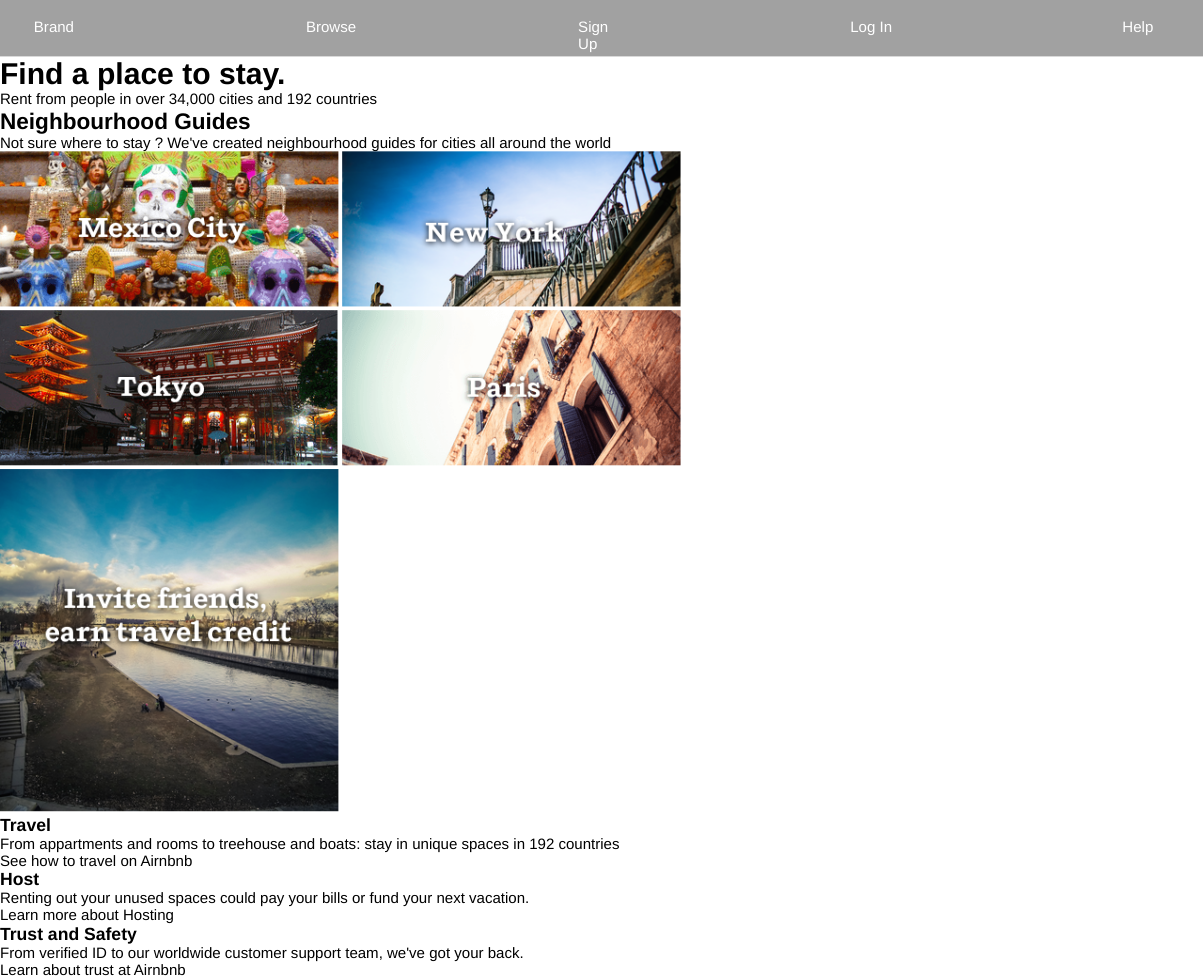
Repository: Naohonproject/web101x02-asm3
Page: Project3.html
The author's editor kept a copy of each file at every save. The page is drawn from the files as they stood at one save, then again after the next save.
The browser window is 1280 px wide. The pictures show the whole page, at 94% of full size.

Above is the page before, as saved 2022-01-21 23:16:13.

### Project3.html
<!-- @format -->

<!DOCTYPE html>
<html lang="en">
	<head>
		<meta charset="UTF-8" />
		<meta http-equiv="X-UA-Compatible" content="IE=edge" />
		<meta name="viewport" content="width=device-width, initial-scale=1.0" />
		<link rel="stylesheet" href="./assets/css/style.css" />
		<link rel="stylesheet" href="./assets/css/responsive.css" />
		<link rel="stylesheet" href="./assets/css/layout.css">
		<title>Home</title>
	</head>
	<body class="home-body">
		<header id="header">
			<div class="header-wrapper">
				<div class="nav-bar">
					<div class="nav-item">
						<a href="#">Brand</a>
					</div>

					<div class="nav-item">
						<a href="#">Browse</a>
					</div>

					<div class="nav-item">
						<a href="Signup.html" target="_blank">Sign Up</a>
					</div>

					<div class="nav-item">
						<a href="login.html" target="_blank">Log In</a>
					</div>

					<div class="nav-item">
						<a href="#" target="_blank">Help</a>
					</div>

				</div>
			</div>
		</header>

		<!-- <video
			src="./assets/video/slider.mp4"
			controls
			autoplay
			muted
			style="width: 100%"
		></video> -->

		<div id="banner">
			<div class="banner-wrapper">
				<div class="banner-text-content">
					<div class="content-heading">
						<h1 class="white-text">Find a place to stay.</h1>
					</div>
					<div class="content-desc">
						<p class="white-text">
							Rent from people in over 34,000 cities and 192 countries
						</p>
					</div>
				</div>
			</div>
		</div>

		<div id="content">
			<div class="content-wrapper box-padding">
				<div class="content-heading">
					<h2>Neighbourhood Guides</h2>
					<p>
						Not sure where to stay ? We've created neighbourhood guides for
						cities all around the world
					</p>
				</div>
				<div class="content-images-table">
					<div class="image-block">
						<img
							class="first-img"
							src="./assets/img/web101x-Mexico City.png"
							alt="Mexico City"
							width="360"
						/>
						<img
							src="./assets/img/web101x-New York.png"
							alt="New York City"
							width="360"
						/>
					</div>
					<div class="image-block">
						<img
							class="first-img"
							src="./assets/img/web101x-Tokyo.png"
							alt="Tokyo City"
							width="360"
						/>
						<img
							src="./assets/img/web101x-Paris.png"
							alt="Paris City"
							width="360"
						/>
					</div>
					<div class="image-block">
						<img
							src="./assets/img/web101x-Invitation.png"
							alt="Invitation image"
							width="360"
						/>
					</div>
				</div>
				<div class="clear"></div>
			</div>
		</div>

		<footer id="footer">
			<div class="footer-wrapper box-padding">
				<div class="footer-block">
					<h3 class="bold-text">Travel</h3>
					<p>
						From appartments and rooms to treehouse and boats: stay in unique
						spaces in 192 countries
					</p>
					<a href="#">See how to travel on Airnbnb</a>
				</div>

				<div class="footer-block">
					<h3 class="bold-text">Host</h3>
					<p>
						Renting out your unused spaces could pay your bills or fund your
						next vacation.
					</p>
					<a href="#">Learn more about Hosting</a>
				</div>

				<div class="footer-block">
					<h3 class="bold-text">Trust and Safety</h3>
					<p>
						From verified ID to our worldwide customer support team, we've got
						your back.
					</p>
					<a href="#">Learn about trust at Airnbnb</a>
				</div>
				<div class="clear"></div>
			</div>
		</footer>
		</div>
	</body>
</html>

### assets/css/style.css
/**
 * /* ======reset css======
 *
 * @format
 */

*,
::before,
::after {
	padding: 0;
	margin: 0;
	box-sizing: border-box;
	list-style-type: none;
	text-decoration: none;
	color: #000;
}

html {
	font-family: "Helvetica Neue", Helvetica, Arial;
}

#header {
	width: 100vw;
	height: 60px;
	background-color: #a1a1a1;
	background-clip: border-box;
}

.header-wrapper {
	font-size: 16px;
	padding: 20px 36px;
	display: block;
}

.nav-bar a {
	color: #fff;
}

### assets/css/layout.css
/** @format */

#header {
	width: 100vw;
	height: 60px;
	background-color: #a1a1a1;
	background-clip: border-box;
}

.nav-bar {
	display: flex;
	flex-direction: row;
	flex-wrap: no-wrap;
	justify-content: space-between;
}

.nav-item {
	width: 50px;
	height: 100%;
}

Loaded but not shown: assets/css/responsive.css (no copy from this time; the picture is the same without it)

After the next save:
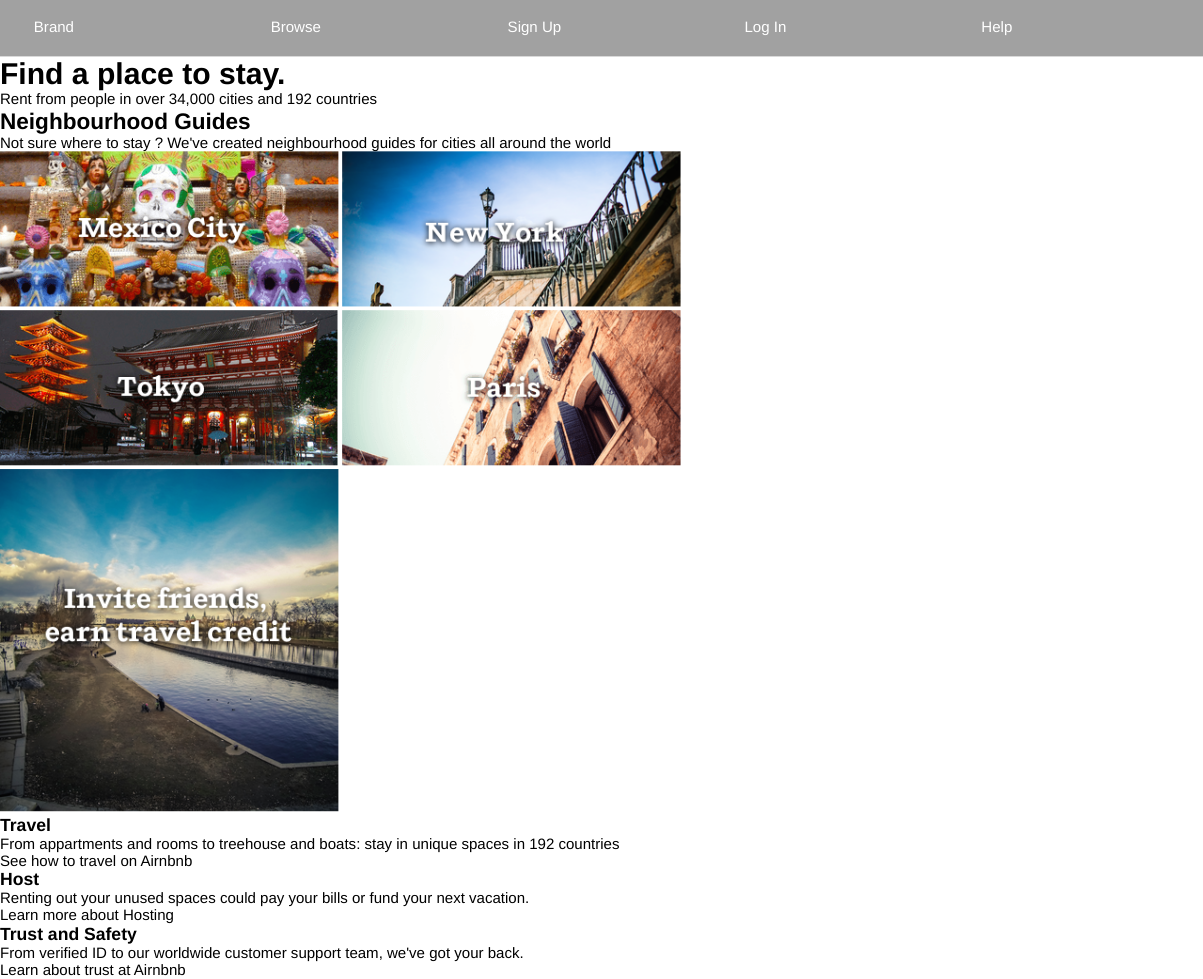
Saved 112 s later.
--- a/assets/css/layout.css
+++ b/assets/css/layout.css
@@ -15,6 +15,5 @@
 }
 
 .nav-item {
-	width: 50px;
-	height: 100%;
+	flex-basis: 200px;
 }
